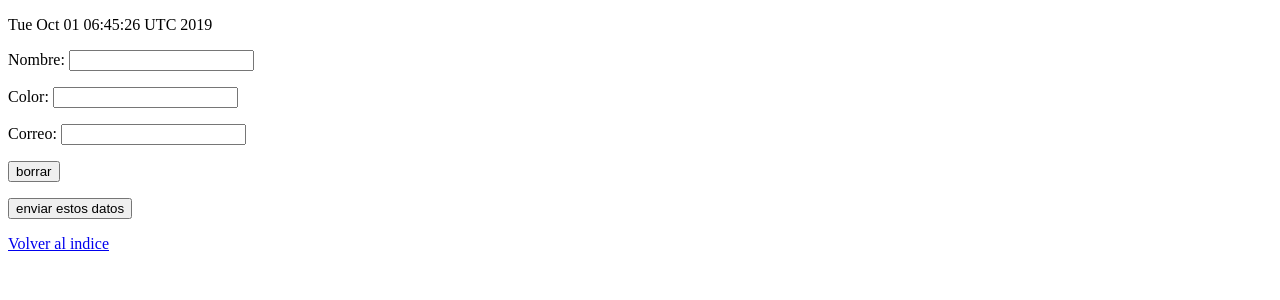
Repository: weertop/2DAW
Page: http://localhost/Formularios/adivinaNumero.jsp
These files come from the project's save history. The page is drawn as it stood at one moment and after the next save; the edit follows.
The browser window is 1280 px wide. The pictures show the whole page.
The page is served by Tomcat 9.

Above is the page before, as saved 2019-10-01 07:53:31.

After the next save:
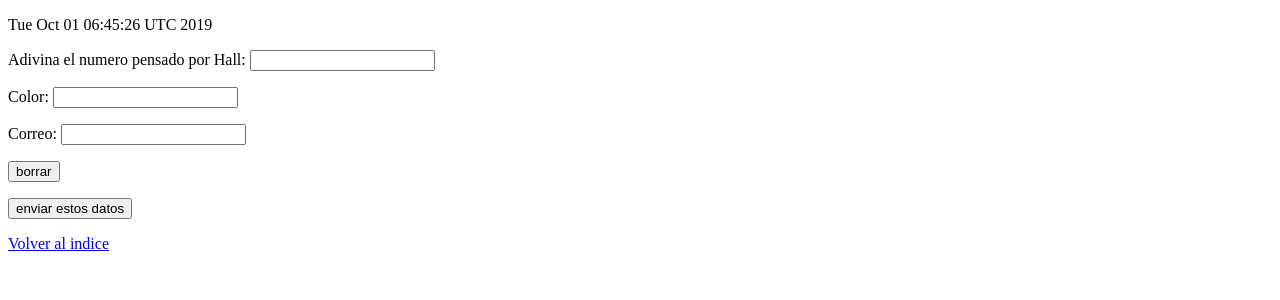
Saved 25 s later.
--- a/DWServidor/eclipse-workspace-photom/Formularios/WebContent/adivinaNumero.jsp
+++ b/DWServidor/eclipse-workspace-photom/Formularios/WebContent/adivinaNumero.jsp
@@ -12,7 +12,7 @@
 	out.println("<p>" + fecha + "</p>");
 	%>
 	<form action="destinoAdivinaNumero.jsp" method="post">
-		<p> Nombre: <input type="text" name="nombre" required/> </p>
+		<p> Adivina el numero pensado por Hall: <input type="text" name="nombre" required/> </p>
 		<p> Color: <input type="text" name="color" /> </p>
 		<p> Correo: <input type="text" name="correo" /> </p>
 		<p> <input type="reset" name="borrar" value="borrar" />	</p>
